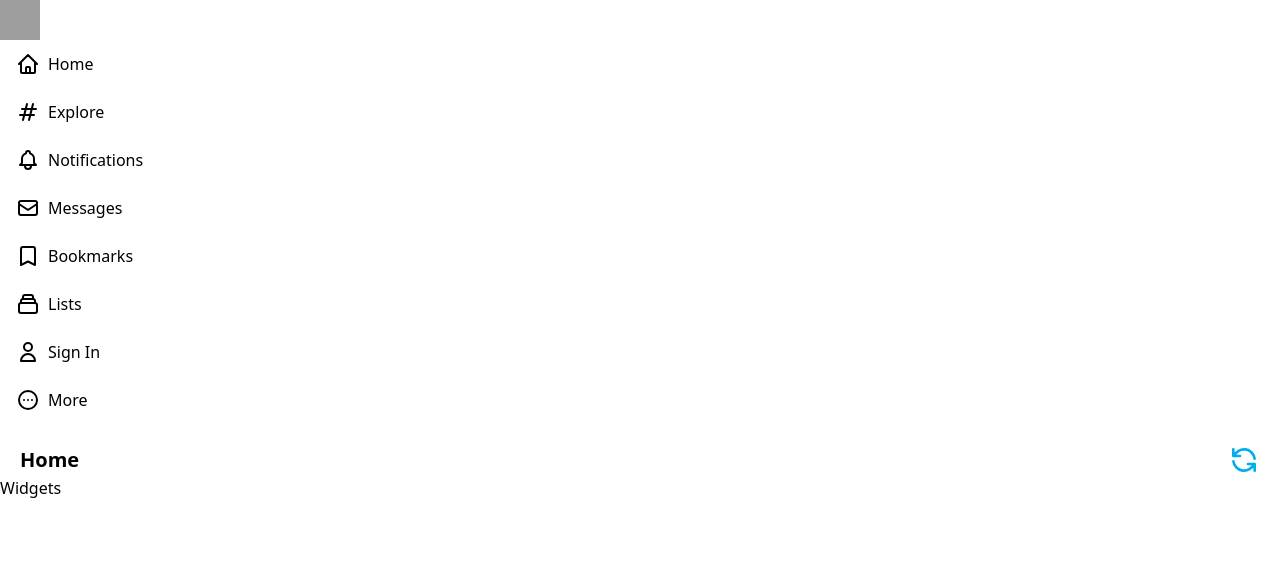
Repository: pabx12/twitter-clone
Page: /
The author's editor kept a copy of each file at every save. The page is drawn from the files as they stood at one save, then again after the next save.
The browser window is 1280 px wide. The pictures show the whole page.
Pictures or frames that could not be fetched are drawn as grey boxes. The project was rebuilt for these pictures with package versions that can differ from the ones it lists, and the page was loaded fresh each time. The framework's server and built-in components were replaced by stand-ins that run in the browser. Also part of the build but not shown: next.config.js.

Above is the page before, as saved 2022-05-06 22:46:17.

After the next save:
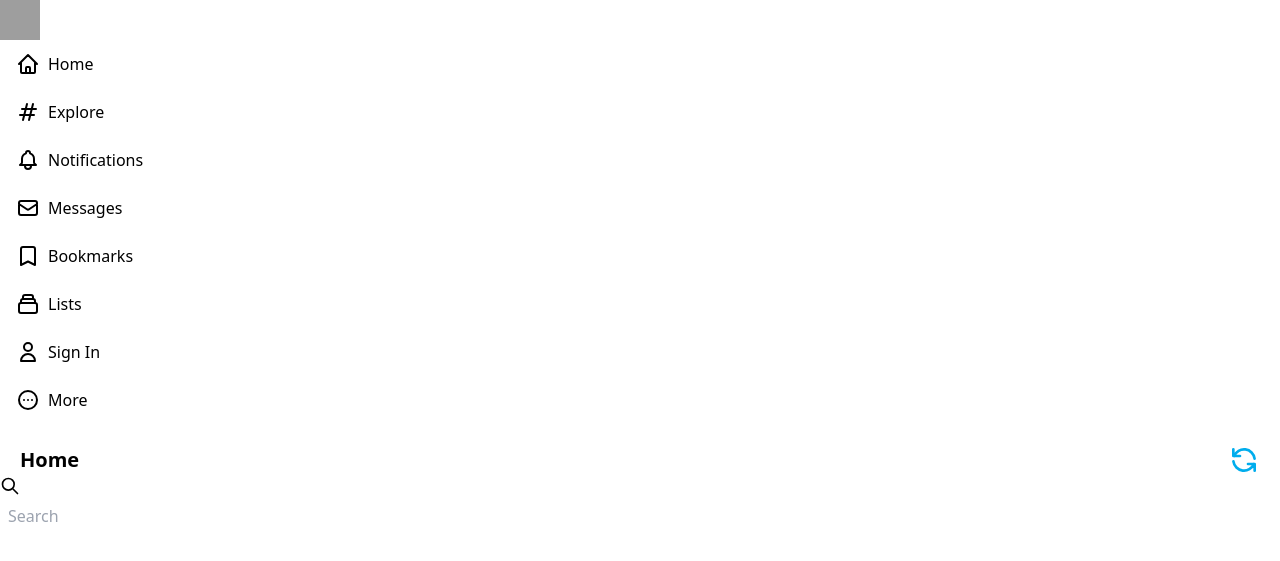
Saved 88 s later.
--- a/components/Widgets.tsx
+++ b/components/Widgets.tsx
@@ -1,8 +1,15 @@
+import { SearchIcon } from '@heroicons/react/outline'
 import React from 'react'
 
 function Widgets() {
   return (
-    <div>Widgets</div>
+    <div>
+        {/* search */}
+        <div>
+            <SearchIcon className='w-5 h-5'/>
+            <input className='border-none focus:outline-none focus:shadow-outline-none w-full p-2' type="text" placeholder="Search" />
+        </div>
+    </div>
   )
 }
 
